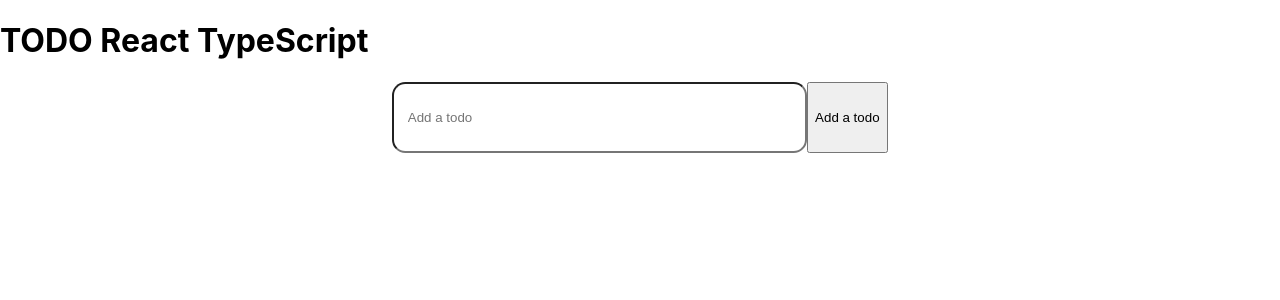
Repository: gligor99/todo-ts-react
Page: /
The author's editor kept a copy of each file at every save. The page is drawn from the files as they stood at one save, then again after the next save.
The browser window is 1280 px wide. The pictures show the whole page.
The project was rebuilt for these pictures with package versions that can differ from the ones it lists, and the page was loaded fresh each time. Also part of the build but not shown: src/components/TodoListItem.tsx.

Above is the page before, as saved 2021-11-19 21:27:59.

After the next save:
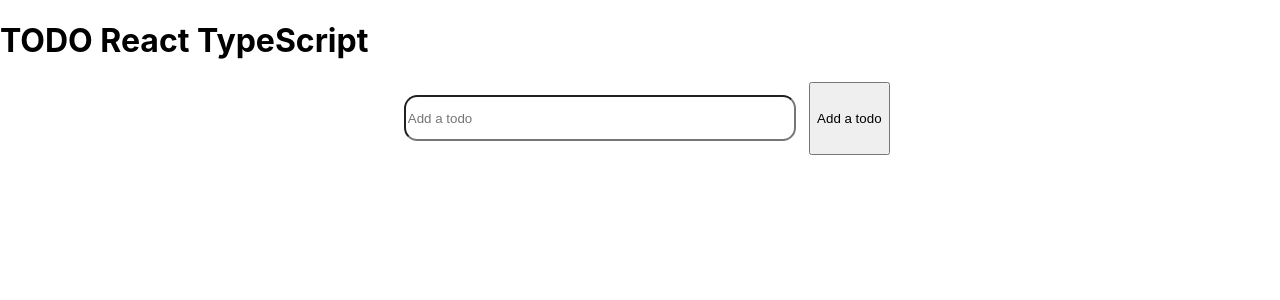
Saved 8 s later.
--- a/src/App.css
+++ b/src/App.css
@@ -3,7 +3,7 @@
     justify-content: center;
 }
 .todo-input {
-    padding: 1em;
+    margin: 1em;
     height: 3em;
     border-radius: 1em;
     width: 30%;
